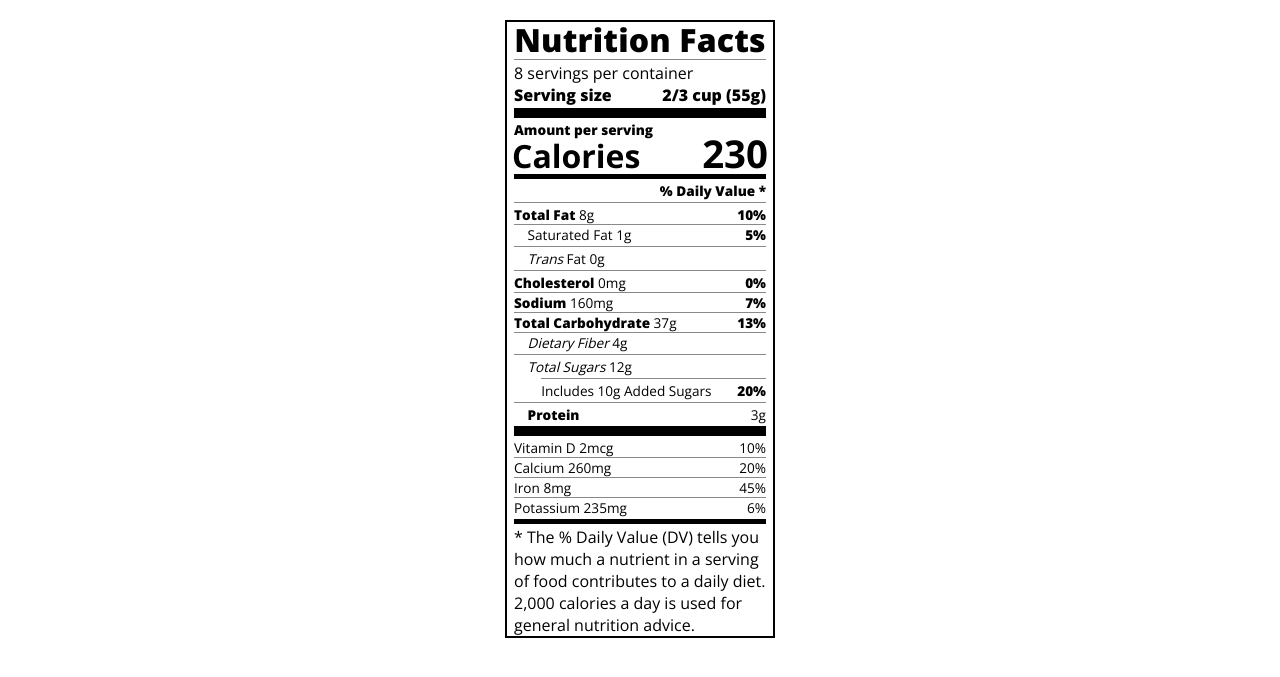
Repository: cipdanila/freeCodeCamp
Page: NutritionLabel/index.html
An editor plug-in stored every save of this project. The page is shown before and after the next save, followed by the edit.
The browser window is 1280 px wide. The pictures show the whole page.

Above is the page before, as saved 2023-10-09 20:54:46.

### NutritionLabel/index.html
<!DOCTYPE html>
<html lang="en">
<head>
    <meta charset="UTF-8">
    <meta name="viewport" content="width=device-width, initial-scale=1.0">
    <title>Nutrition Label</title>
    <link rel="stylesheet" href="https://fonts.googleapis.com/css?family=Open+Sans:400,700,800">
    <link rel="stylesheet" href="styles.css">
</head>
<body>
    <div class="label">
        <header>
            <h1 class="bold">Nutrition Facts</h1>
            <div class="divider"></div>
            <p>8 servings per container</p>
            <p class="bold">Serving size <span>2/3 cup (55g)</span></p>
        </header>
        <div class="divider large"></div>
        <div class="calories-info">
            <div class="left-container">
                <h2 class="bold small-text">Amount per serving</h2>
                <p>Calories</p>
            </div>
            <span>230</span>
        </div>
        <div class="divider medium"></div>
        <div class="daily-value small-text">
            <p class="bold right no-divider">% Daily Value *</p>
            <div class="divider"></div>
            <p><span><span class="bold">Total Fat</span> 8g</span> <span class="bold">10%</span></p>
            <p class="indent no-divider">Saturated Fat 1g <span class="bold">5%</span></p>
            <div class="divider"></div>
            <p class="indent no-divider"><span><i>Trans</i> Fat 0g</span></p>
            <div class="divider"></div>
            <p><span><span class="bold">Cholesterol</span> 0mg</span> <span class="bold">0%</span></p>
            <p><span><span class="bold">Sodium</span> 160mg</span> <span class="bold">7%</span></p>
            <p><span><span class="bold">Total Carbohydrate</span> 37g</span> <span class="bold">13%</span></p>
            <p class="indent no-divider"><span><i>Dietary Fiber</i> 4g</span></p>
            <div class="divider"></div>
            <p class="indent no-divider"><span><i>Total Sugars</i> 12g</span></p>
            <div class="divider double-indent"></div>
            <p class="double-indent no-divider">Includes 10g Added Sugars <span class="bold">20%</span></p>
            <div class="divider"></div>
            <p class="indent no-divider"><span class="bold">Protein</span> 3g</p>
            <div class="divider large"></div>
            <p>Vitamin D 2mcg <span>10%</span></p>
            <p>Calcium 260mg <span>20%</span></p>
            <p>Iron 8mg <span>45%</span></p>
            <p class="no-divider">Potassium 235mg <span>6%</span></p>
        </div>
        <div class="divider medium"></div>
        <p class="note">* The % Daily Value (DV) tells you how much a nutrient in a serving of food contributes
            to a daily diet. 2,000 calories a day is used for general nutrition advice.</p>
    </div>
</body>
</html>

### NutritionLabel/styles.css
* {
    box-sizing: border-box;
}

html {
    font-size: 16px;
}

body {
    font-family: "Open Sans", sans-serif;
}

.label {
    border: 2px solid black;
    width: 270px;
    margin: 20px auto;
    padding: 0 7px;
}

.bold {
    font-weight: 800;
}

header h1 {
    text-align: center;
    margin: -4px 0;
    letter-spacing: 0.15px;
}

p {
    margin: 0;
    display: flex;
    justify-content: space-between;
}

.divider {
    border-bottom: 1px solid #888989;
    margin: 2px 0;
}

.large {
    height: 10px;
}

.large, .medium {
    background-color: black;
    border: 0;
}

.small-text {
    font-size: 0.85rem;
}

.calories-info h2 {
    margin: 0;
}

.calories-info {
    display: flex;
    justify-content: space-between;
    align-items: flex-end;
}

.left-container p {
    margin: -5px -2px;
    font-size: 2em;
    font-weight: 700;
}

.calories-info span {
    font-size: 2.4em;
    font-weight: 700;
    margin: -7px -2px;
}

.medium {
    height: 5px;
}

.right {
    justify-content: flex-end;
}

.indent {
    margin-left: 1em;
}

.daily-value p:not(.no-divider) {
    border-bottom: 1px solid #888989;
}

.double-indent {
    margin-left: 2em;
}

After the next save:
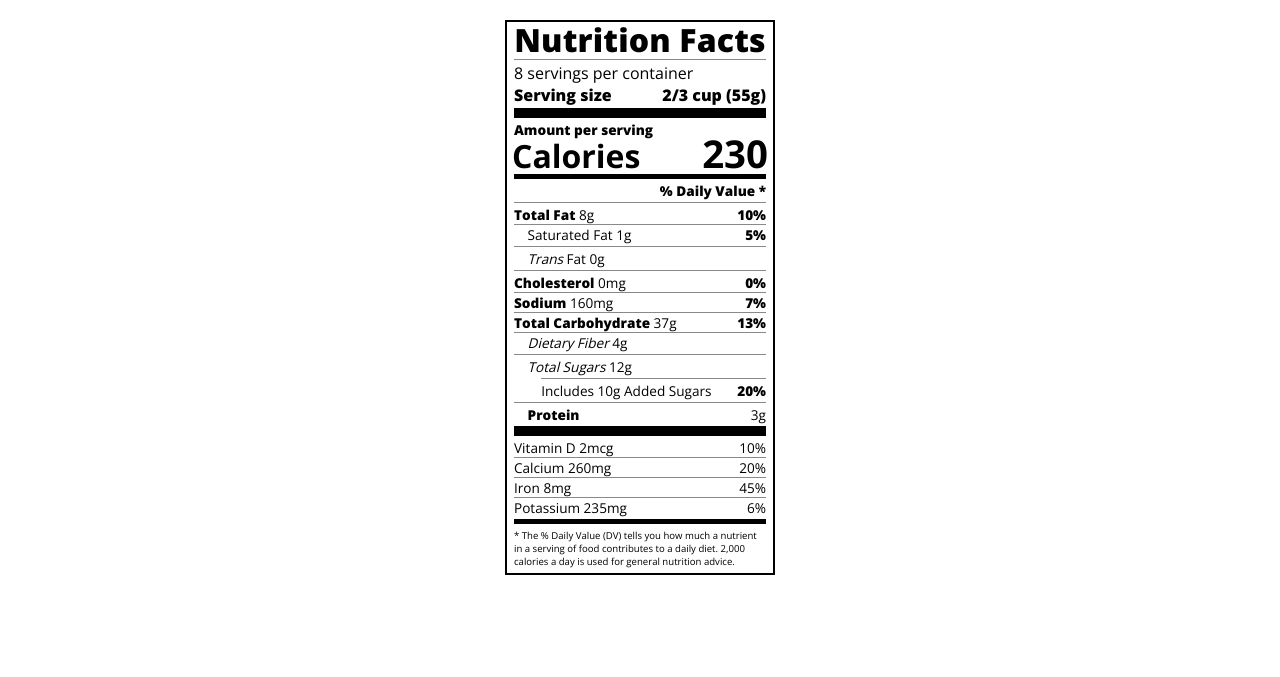
Saved 111 s later.
--- a/NutritionLabel/styles.css
+++ b/NutritionLabel/styles.css
@@ -42,7 +42,8 @@
     height: 10px;
 }
 
-.large, .medium {
+.large,
+.medium {
     background-color: black;
     border: 0;
 }
@@ -92,3 +93,8 @@
 .double-indent {
     margin-left: 2em;
 }
+
+.note {
+    font-size: 0.6rem;
+    margin: 5px 0;
+}
